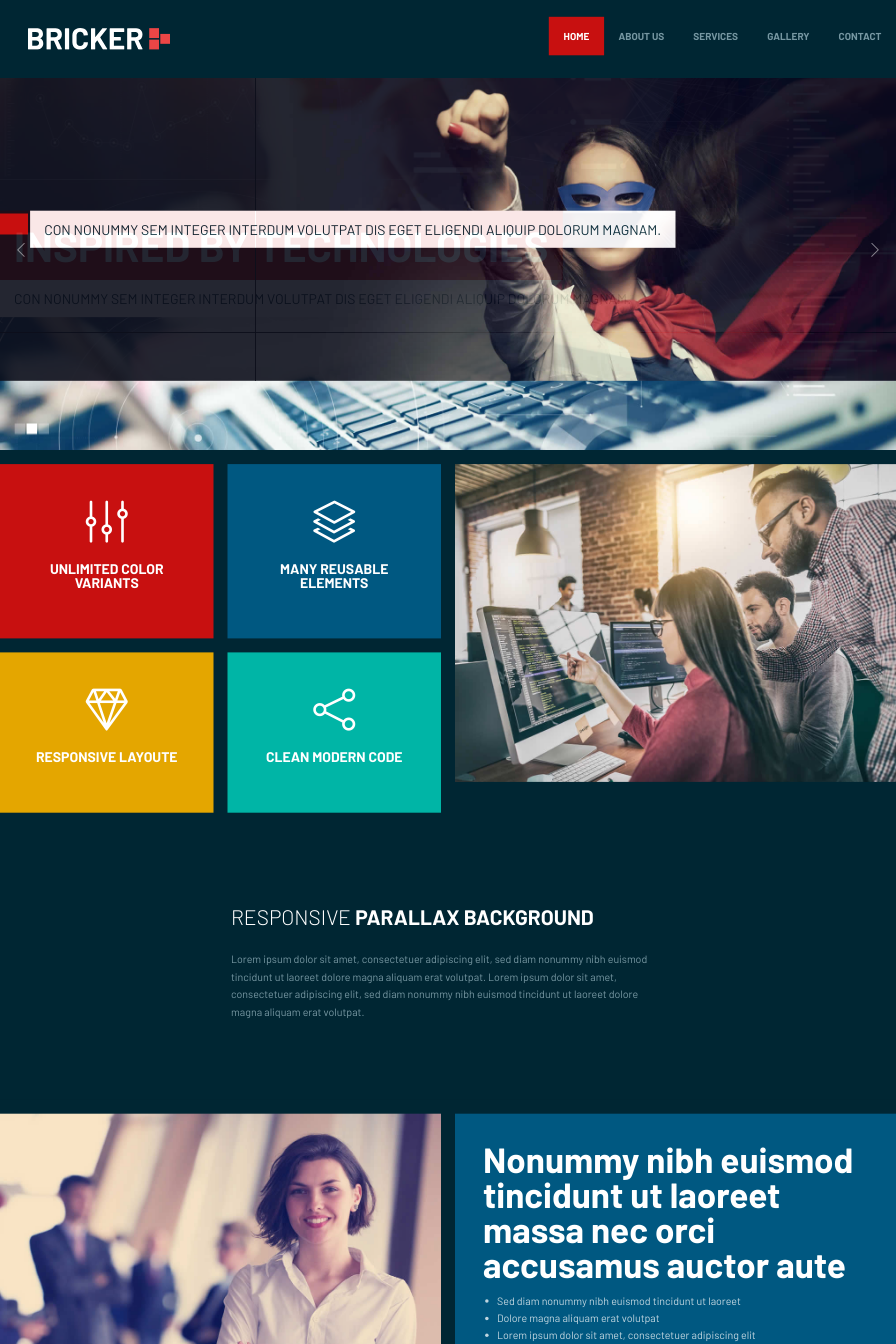
Repository: gadiazsaavedra/Unidad_2
Page: Bricker Free Website Template - Free-CSS.com/index.html
An editor plug-in stored every save of this project. The page is shown before and after a run of saves, followed by the edit.
The browser window is 1280 px wide. The pictures show the part of the page from y = 0 to 1920 px (the page is 3461 px tall), at 70% of full size.

Above is the page before, as saved 2023-08-08 15:16:42.

After the next 2 saves:
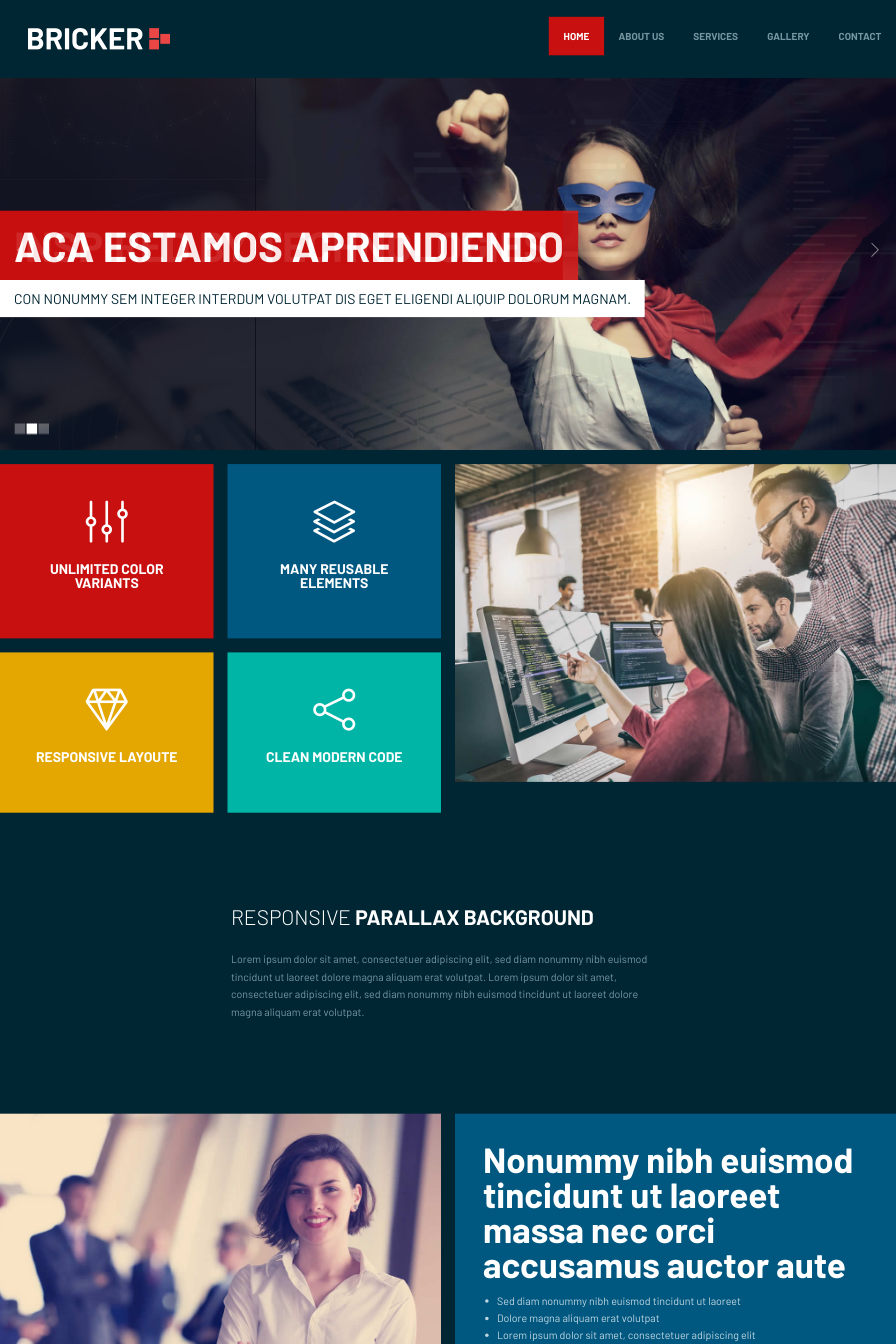
The 2 saves are shown as one change because they came seconds apart.
The last was saved 8 s later.
--- a/Bricker Free Website Template - Free-CSS.com/index.html
+++ b/Bricker Free Website Template - Free-CSS.com/index.html
@@ -56,7 +56,7 @@
           <!-- Main Carousel -->
           <div class="s-12 margin-bottom carousel-fade-transition owl-carousel carousel-main carousel-nav-white carousel-hide-arrows background-dark">
           	<div class="item background-image" style="background-image:url(img/carousel-01.jpg)">
-              <p class="text-padding text-strong text-white text-s-size-30 text-size-60 text-uppercase background-primary"></p>
+              <p class="text-padding text-strong text-white text-s-size-30 text-size-60 text-uppercase background-primary">aca estamos aprendiendo</p>
               <p class="text-padding text-size-20 text-dark text-uppercase background-white">Con nonummy sem integer interdum volutpat dis eget eligendi aliquip dolorum magnam.</p>
             </div>
           	<div class="item background-image" style="background-image:url(img/carousel-02.jpg)">
